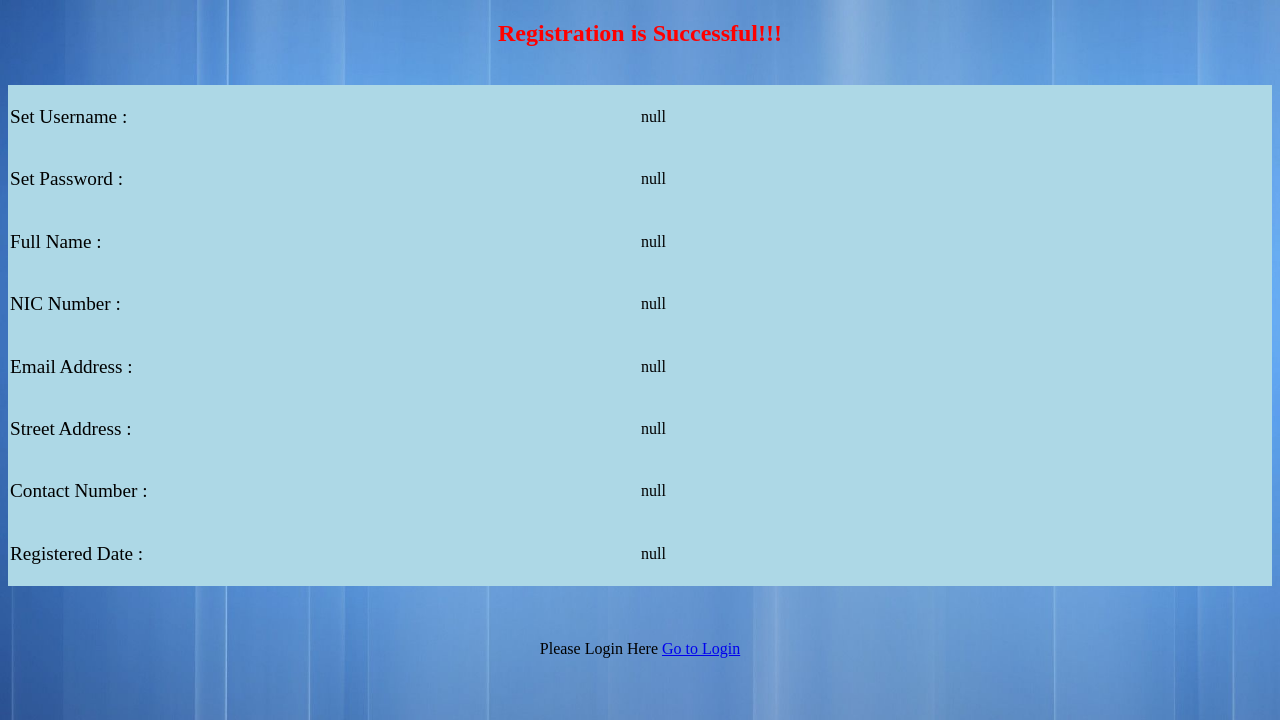
Repository: nirmaniPathiranage/CSSE-Procurement-Management
Page: http://localhost/Item_Management/Welcome.jsp
The author's editor kept a copy of each file at every save. The page is drawn from the files as they stood at one save, then again after the next save.
The browser window is 1280 px wide. The pictures show the whole page.
The page is served by Tomcat 9.

Above is the page before, as saved 2019-09-29 18:40:28.

After the next save:
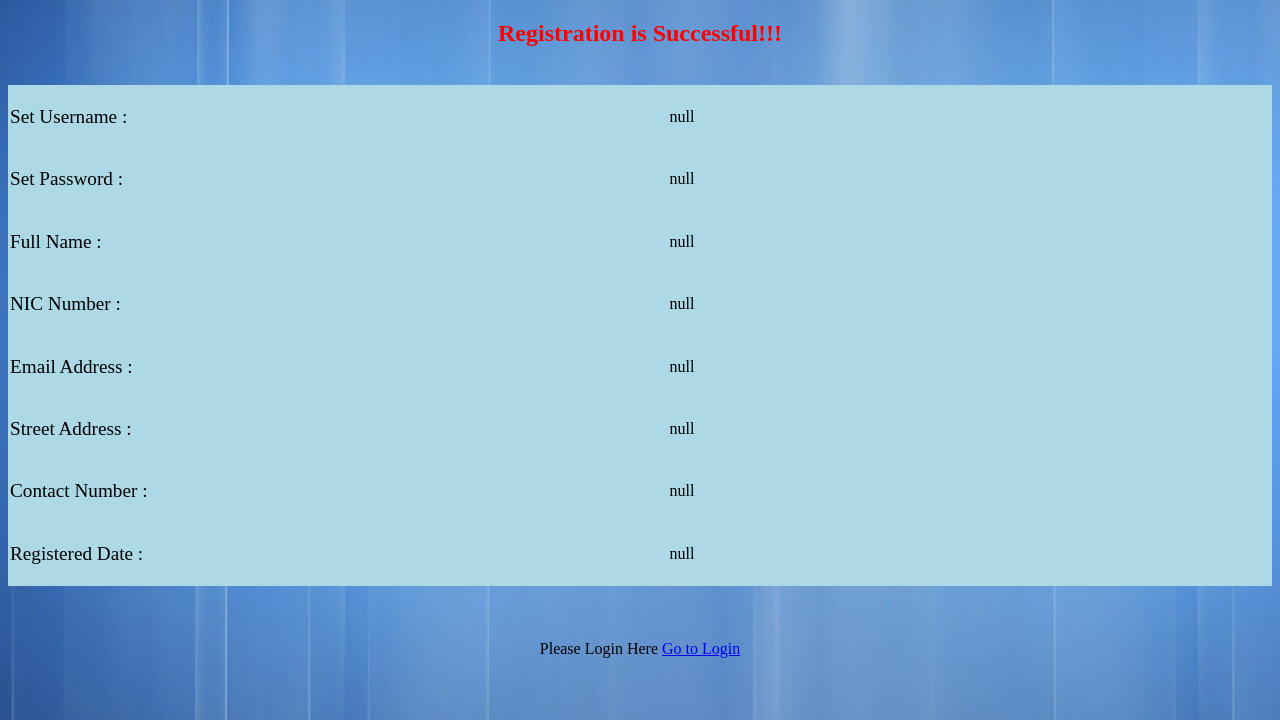
Saved 53 s later.
--- a/Item_Management/WebContent/Welcome.jsp
+++ b/Item_Management/WebContent/Welcome.jsp
@@ -13,7 +13,7 @@
 }
 
 td{
-	width:10%;
+	width:0%;
 	height:60px;
 }
 

After the save that followed:
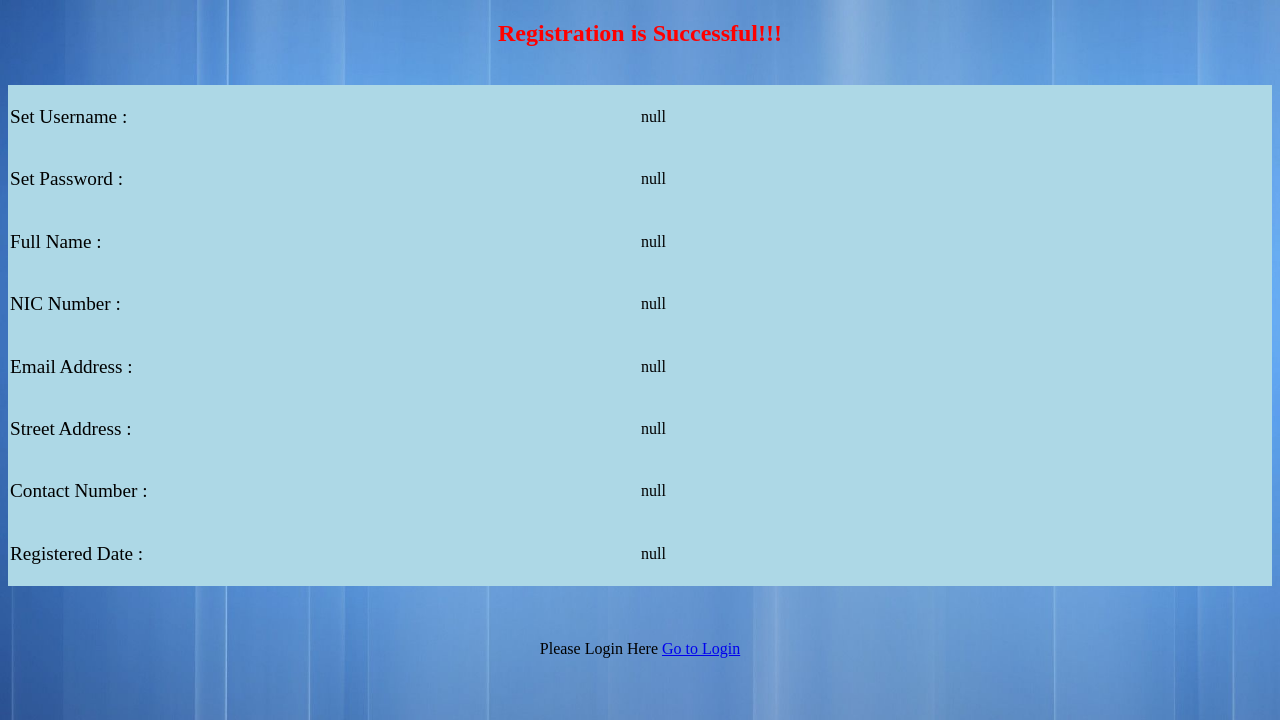
Saved 18 s later.
--- a/Item_Management/WebContent/Welcome.jsp
+++ b/Item_Management/WebContent/Welcome.jsp
@@ -13,7 +13,7 @@
 }
 
 td{
-	width:0%;
+	width:30%;
 	height:60px;
 }
 
